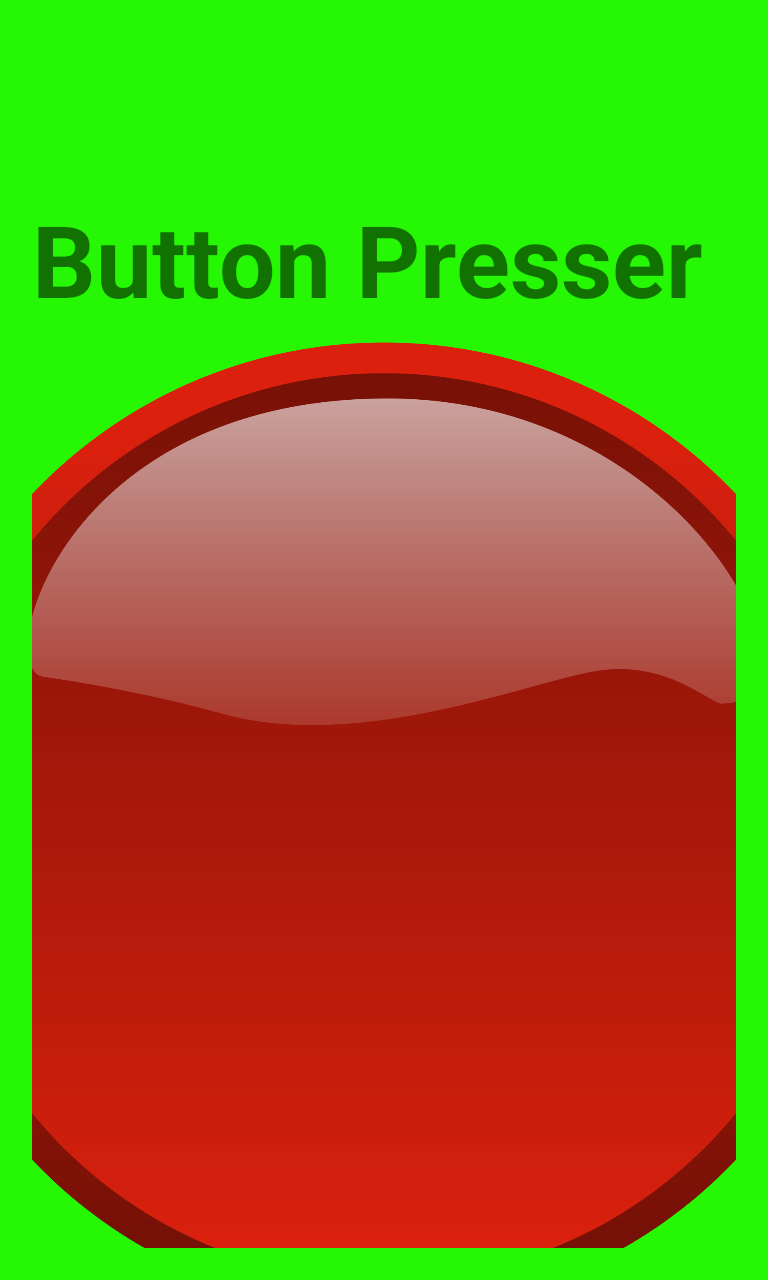
Repository: sameerisa/idtech-yale-android
Layout: ButtonPresser/res/layout/fragment_main.xml
The author's editor kept a copy of each file at every save. The layout is drawn from the files as they stood at one save, then again after the next save.
It is drawn on a 768 x 1280 px phone screen (xhdpi) without system bars, with theme AppTheme; the app's code is not run.

Above is the layout before, as saved 2014-07-01 13:14:53.

### ButtonPresser/res/layout/fragment_main.xml
<LinearLayout xmlns:android="http://schemas.android.com/apk/res/android"
    android:id="@+id/background"
    xmlns:tools="http://schemas.android.com/tools"
    android:layout_width="match_parent"
    android:layout_height="match_parent"
    android:paddingBottom="@dimen/activity_vertical_margin"
    android:paddingLeft="@dimen/activity_horizontal_margin"
    android:paddingRight="@dimen/activity_horizontal_margin"
    android:paddingTop="@dimen/activity_vertical_margin"
    tools:context="com.example.buttonpresser.MainActivity$PlaceholderFragment"
    android:background="#25f704"
    android:orientation="vertical">

<TextView
    android:id="@+id/counter"
    android:layout_width="wrap_content"
    android:layout_height="wrap_content"
    android:text=""
    android:textSize="60sp"
    />
    <TextView
        android:id="@+id/text"
        android:layout_width="wrap_content"
        android:layout_height="wrap_content"
        android:text="Button Presser"
        android:textSize="50sp"
        android:textStyle="bold"
        />"
<ImageView
    android:layout_gravity="center"
   android:id="@+id/button"
   android:layout_width="500dp"
   android:layout_height="500dp"
   android:src="@drawable/button" />

   </LinearLayout>

Loaded but not shown: ButtonPresser/res/values/styles.xml (common file); ButtonPresser/res/values-v11/styles.xml (common file); ButtonPresser/res/values-v14/styles.xml (common file); ButtonPresser/res/values/dimens.xml (common file); ButtonPresser/res/values-w820dp/dimens.xml (common file)

After the next save:
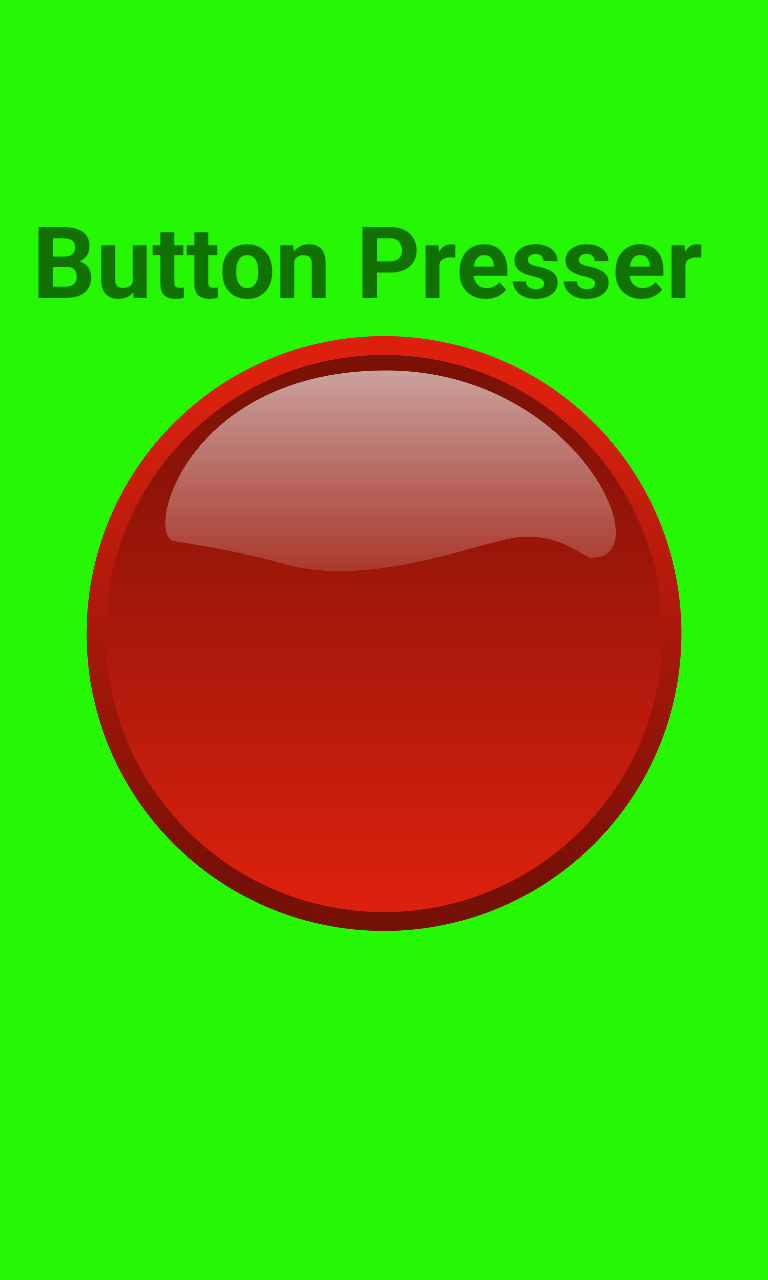
Saved 20 min 54 s later.
--- a/ButtonPresser/res/layout/fragment_main.xml
+++ b/ButtonPresser/res/layout/fragment_main.xml
@@ -9,7 +9,8 @@
     android:paddingTop="@dimen/activity_vertical_margin"
     tools:context="com.example.buttonpresser.MainActivity$PlaceholderFragment"
     android:background="#25f704"
-    android:orientation="vertical">
+    android:orientation="vertical"
+    android:weightSum="3">
 
 <TextView
     android:id="@+id/counter"
@@ -29,8 +30,9 @@
 <ImageView
     android:layout_gravity="center"
    android:id="@+id/button"
-   android:layout_width="500dp"
-   android:layout_height="500dp"
+   android:layout_weight="2"
+   android:layout_width="wrap_content"
+   android:layout_height="0dp"
    android:src="@drawable/button" />
 
    </LinearLayout>
